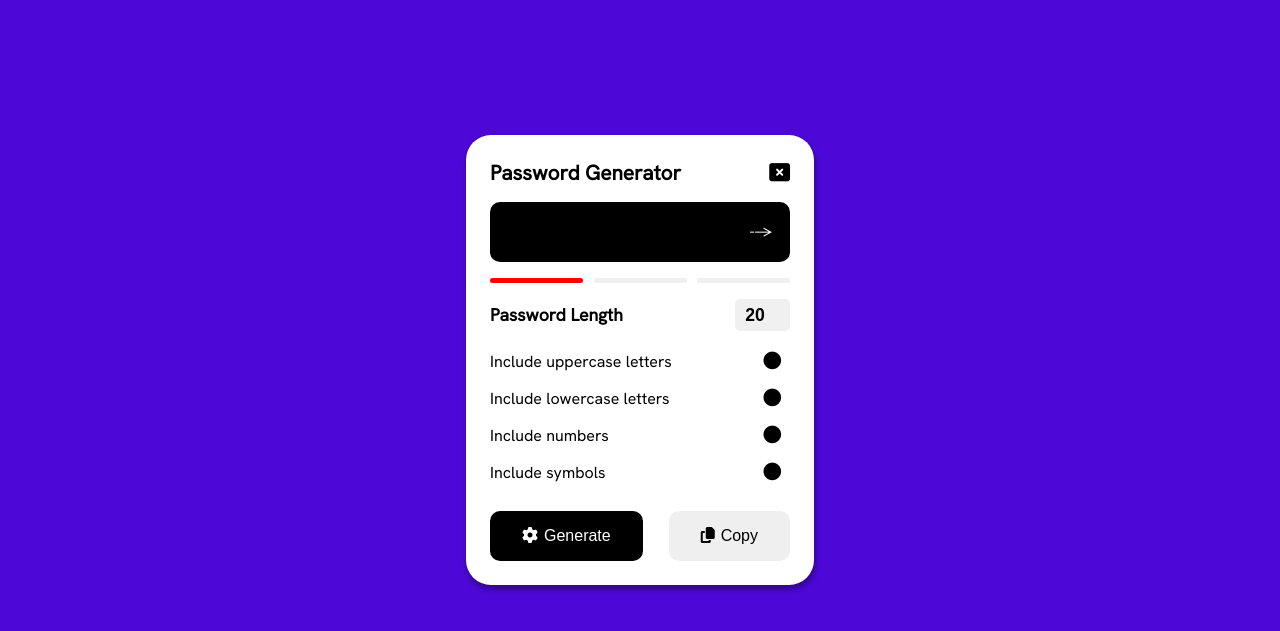
Repository: emiliaiwu/password_generator
Page: index.html
An editor plug-in stored every save of this project. The page is shown before and after a run of saves, followed by the edit.
The browser window is 1280 px wide. The pictures show the whole page.
Some web libraries are served in a nearby version.

Above is the page before, as saved 2022-12-17 21:12:21.
Console error: TypeError: Cannot read properties of null (reading 'addEventListener')

After the next 2 saves:
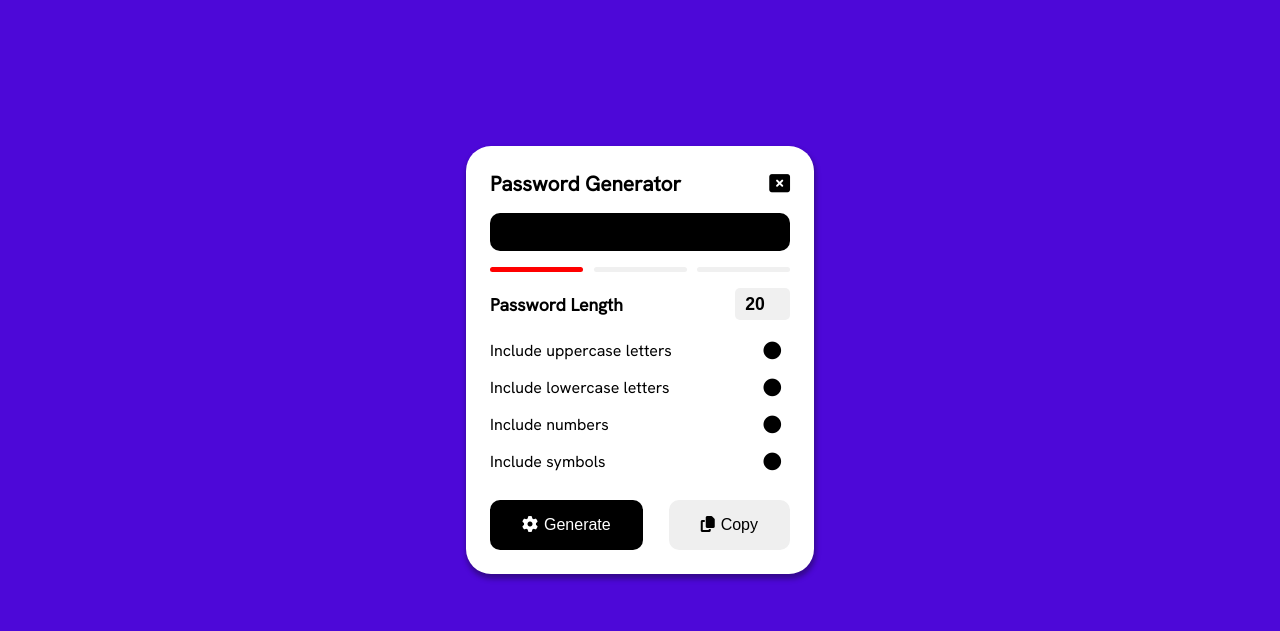
The 2 saves are shown as one change because they came seconds apart.
The last was saved 7 s later.
--- a/index.html
+++ b/index.html
@@ -20,7 +20,7 @@
             <!-- <span class="hide">
                 <i class="fa-solid fa-eye hidebtn fa-eye-slash"></i>
                 <!-- <i class="fa-solid fa-eye-slash"></i> -->
-            <!-- </span> --> -->
+            <!-- </span> -->
         </div>
         <div class="strength">
             <span class="weak"></span>
